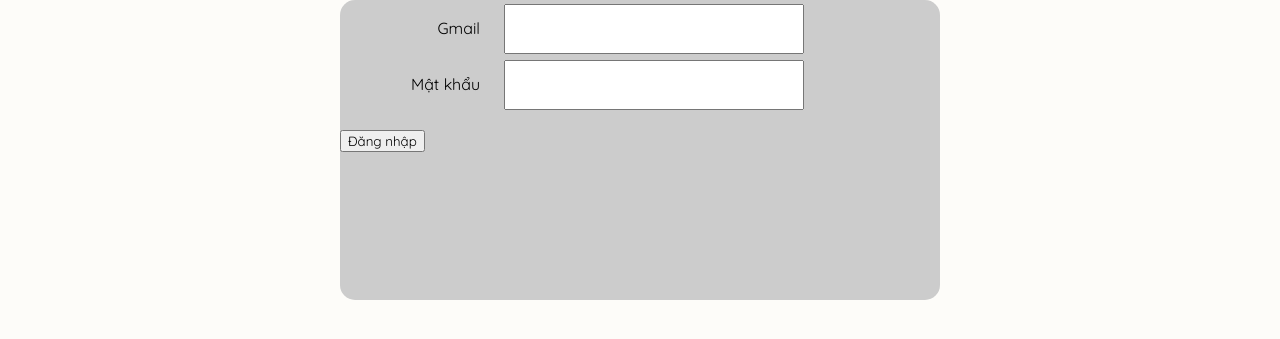
Repository: nganha241/store
Page: register.html
These files come from the project's save history. The page is drawn as it stood at one moment and after the next save; the edit follows.
The browser window is 1280 px wide. The pictures show the whole page.

Above is the page before, as saved 2022-04-23 08:28:51.

### register.html
<!DOCTYPE html>
<html lang="en">
  <head>
    <meta charset="UTF-8" />
    <meta http-equiv="X-UA-Compatible" content="IE=edge" />
    <meta name="viewport" content="width=device-width, initial-scale=1.0" />
    <title>Document</title>
    <link rel="stylesheet" href="style.css" />
  </head>
  <body>
    <div class="container">
      <div class="register">
        <form>
          <div>
            <label>Gmail</label>
            <input type="text" />
          </div>
          <div>
            <label>Mật khẩu</label>
            <input type="text" />
          </div>
          <button type="submit">Đăng nhập</button>
        </form>
      </div>
    </div>
  </body>
</html>

### style.css
@import url('https://fonts.googleapis.com/css2?family=Quicksand:wght@300;400;500;600;700&family=Space+Grotesk:wght@300;400&display=swap');

* {
    font-family: 'Quicksand', sans-serif;
    box-sizing: border-box;
}

body {
    background: #fdfcf9;
    position: relative;
    height: auto;
    padding: 0;
    margin: 0;
}

a {
    text-decoration: none;
}

li {
    list-style: none;
}

.header {
    padding: 40px 80px;
}

.header .tools {
    display: flex;
    justify-content: flex-end;
    gap: 15px;
    height: 50px;
}

.header .tools .notification,
.header .tools .account,
.header .tools .cart {
    cursor: pointer;
}

.header .tools .fa-solid {
    font-size: 22px;
    color: #ae582d;
}

.header .tools .cart {
    position: relative;
}

.header .tools .cart .cart-info {
    position: absolute;
    background: #af7355;
    right: -20px;
    top: 30px;
    z-index: 1;
    padding: 20px;
    color: #fff;
    display: none;
    border-radius: 15px;
    animation: dropdown 0.4s ease;
}

.header .tools .cart:hover .cart-info {
    display: block;
}

.header .tools .cart .cart-info .cart-card {
    width: 400px;
    height: 50px;
    margin-top: 10px;
    display: flex;
    justify-content: space-between;
    transition: 0.4s;
}

.header .tools .cart .cart-info .cart-card:hover {
    background:rgba(255, 255, 255, 0.4);
    transition: 0.4s;
}

.header .tools .cart .cart-info .cart-card .cart-card-img img {
    width: 100%;
    height: 100%;
    object-fit: cover;
}

.header .tools .cart .cart-info .cart-card .cart-pro-name {
    text-overflow: ellipsis;
    white-space: nowrap;
    overflow: hidden;
   width: 250px;
}

.header .tools .cart .cart-info .cart-card-footer {
    display: flex;
    justify-content: space-between;
    margin-top: 10px;
}

.header .tools .cart .cart-info .cart-card-footer>p {
    cursor: auto;
}

.header .tools .cart .cart-info .cart-card-footer>button {
    margin-top: 5px;
    height: 35px;
    border-radius: 5px;
    border: 0;
    font-size: 16px;
    font-weight: 500;
    cursor: pointer;
    transition: 0.4s;
}

.header .tools .cart .cart-info .cart-card-footer>button:hover {
    background: rgba(255, 255, 255, 0.7);
}

.header .tools .account span .fa-solid{
    font-size: 18px;
    color: #111;
    margin-left: 10px;
    margin-right: 15px;
}

.header .tools .account:hover .fa-solid{
    color: #ae582d;
}

.header .tools .account {
    position: relative;
}

.header .tools .account span {
    font-weight: 600;
}

.header .tools .account .acc-info {
    width: 180px;
    position: absolute;
    height: auto;
    background: #af7355;
    text-align: left;
    top: 15px;
    left: -30px;
    display: none;
    animation: dropdown 0.4s ease;
    z-index: 1;
    border-radius: 15px;
}

.header .tools .account:hover .acc-info{
    display: block;
}

.header .tools .account .acc-info li {
    padding: 10px 0;
    color: #fff;
    margin-left: -13px;
    transition: .4s;
}

.header .tools .account .acc-info li:hover {
    transform: scale(1.1);
}

.header hr {
    background: #48503c;
    margin-top: -20px;
}

.header nav {
    display: flex;
    width: 100%;
}

.header nav .logo {
    width: 50%;
    padding-top: 20px;
}

.header nav .logo a{
    font-family: 'Space Grotesk', sans-serif;
    font-size: 30px;
    color: #48503c;
    font-weight: 100;

}

.header nav .logo a:hover {
    color: #111;
}

.header nav .menu {
    display: flex;
    gap: 15px;
    padding-top: 7px;
    justify-content: flex-end;
    width: 50%;
}

.header nav .menu>li {
    float: left;
    font-size: 18px;
    position: relative;
    height: 50px;
}

.header nav .menu>li::before {
    content: "";
    position: absolute;
    width: 90%;
    height: 3px;
    top: 30px;
    right: -3px;
    background-color: #551e02;
    opacity: 0;
    transition: 0.6s;
}

.header nav .menu>li:hover::before{
    opacity: 1;
    transition: 0.6s;
}

.header nav .menu>li>a {
    color: #48503c;
    display: block;
    padding: 6px 0px 0px 15px;
}

.header nav .menu>li:hover>a {
    color: #111;
}

.header nav .menu>li .menu-child {
    margin-top: 10px;
    margin-left: -50px;
    width: 180px;
    padding-top: 10px;
    padding-bottom: 15px;
    background: #af7355;
    border-radius: 15px;
    text-align: left;
    position: absolute;
    display: none;
    animation: dropdown .3s ease;
    z-index: 1;
}

.header nav .menu>li:hover .menu-child{
    display: block;
}

.header nav .menu>li .menu-child>li {
    margin-top: 10px;
}

.header nav .menu>li .menu-child>li>a {
    transition: 0.4s;
    color: #fff;
}

.header nav .menu>li .menu-child>li:hover>a{
    display: inline;
    text-decoration: underline;
    transition: 0.4s;
}

@keyframes dropdown {
    0% {
        opacity: 0;
        transform: translateY(18px);
    }
    100% {
        opacity: 1;
        transform: none;
    }
}

.header .banner {
    width: 100%;
    height: 600px;
    display: flex;
    align-items: center;
    margin-top: 30px;
    position: relative;
}

.header .banner .slogan {
    width: 50%;
    padding-left: 60px;
    padding-right: 20px;
}

.header .banner .slogan h4 {
    color: #ae582d;
    font-family: 'Space Grotesk', sans-serif;
    font-size: 60px;
    font-weight: 200;
}

.header .banner .slogan p {
    font-size: 20px;
    color: #515a54;
    margin-top: -50px;
}

.header .banner .img-banner{
    width: 50%;
    height: 100%;
}

.header .banner .img-banner img {
    width: 100%;
    height: 100%;
    object-fit: cover;
    border-top-left-radius: 100px;
    border-bottom-right-radius: 100px;
    transition: all 0.5s ease;
}

.section {
    height: auto;
    margin-top: 100px;
    padding: 0 80px;
}

.section .into-title {
    margin-top: 100px;
    text-align: center;
}

.section .into-title h1 {
    font-family: 'Space Grotesk', sans-serif;
    font-size: 50px;
}

.section .intro {
    display: flex;
    flex-wrap: wrap;
    justify-content: space-between;
    margin-bottom: 100px;
    margin-top: 80px;
    gap: 10px;
}

.section .intro .intro-card .intro-img {
    width: 200px;
    height: 200px;
}

.section .intro .intro-card .intro-img img {
    width: 100%;
    height: 100%;
    border-radius: 50%;
}

.section .title{
    height: auto;
    width: 200px;
    background: #f4e9c7;
    text-align: center;
    margin-bottom: -15px;
}

.section .title h2 a{
    font-size: 30px;
    color: #48503c;
    font-weight: 200;
}

.products {
    display: flex;
    flex-wrap: wrap;
    justify-content: space-between;
    row-gap: 30px;
    padding: 30px 10px;
    background: rgb(244, 239, 239);
}

.products .card {
    width: 250px;
    height: 400px;
    background: #fdfcf9;
    cursor: pointer;
    transition: 0.4s;
    position: relative;
}

.products .card:hover {
    transform: scale(1.1 , 1.1);
    background: rgba(255, 255, 255, 0.4);
}

.products .card .pro-img {
    height: 330px;
}

.products .card .pro-img img{
    width: 100%;
    height: 100%;
    object-fit: cover;
}

.products .card .pro-sale-tag {
    position: absolute;
    top: -10px;
    left: -5px;
    background: #ae582d;
    width: 70px;
    height: 35px;
    font-size: 25px;
    color: #fff;
    font-weight: 500;
}

.products .card .pro-sale-tag::before{
    content: "";
    width: 5px;
    height: 6px;
    background-color: #551e02;
    position: absolute;
    left: 0px;
    top: 34.5px;
    clip-path: polygon(0 0, 100% 0, 100% 100%);
}

.products .card .pro-new-tag {
    position: absolute;
    top: 0;
    right: 5px;
    background: #af7355;
    width: 50px;
    height: 40px;
    font-size: 20px;
    color: #fff;
    font-weight: 500;
    clip-path: polygon(0 75%, 0 0, 100% 0, 100% 75%, 50% 100%);
}

.products .card .pro-name {
    font-size: 18px;
    text-overflow: ellipsis;
    white-space: nowrap;
    overflow: hidden;
}

 .products .card .pro-price {
    font-size: 15px;
}

 .products .card .add-cart {
    margin-top: -220px;
}

.products .card .add-cart button{
    opacity: 0;
    height: 40px;
    background: #af7355;
    border: 0;
    cursor: pointer;
    transition: 0.4s;
    color: #fff;
    margin-left: 85px;
}

.products .card:hover .add-cart button {
    transition: 0.4s;
    opacity: 1;
}

.products .card .add-cart button:hover {
    transform: scale(1.1);
    background: #ae582d;
}

.about-us {
    margin-top: 100px;
}

.about-img {
    height: 400px;
}

.about-img img{
    width: 100%;
    height: 100%;
    object-fit: cover;
}

.about-us .about-text {
    padding: 40px 140px;
    text-align: center;
    color: #515a54;
}

.about-us .about-text h5 {
    font-size: 20px;
    font-weight: 500;
}

.about-us .about-text p {
    line-height: 1.6;
    font-size: 15px;
}

.section .featured {
    height: auto;
    margin-top: 100px;
    position: relative;
}

.section .featured .list-slider {
    background: rgb(244, 239, 239);
}

.section .featured .list-slider .slide {
    display: none;
}

.section .featured .list-slider .slide.show {
    display: block;
    transition: 0.4s;
}

.section .featured .list-slider .slide .fade {
    height: 400px;
    display: flex;
    /* gap: 30px; */
    justify-content: space-between;

}

.section .featured .list-slider .slide .fade .featured-img {
    width: 60%;
}

.section .featured .list-slider .slide .fade .featured-img img{
    height: 100%;
    width: 100%;
    object-fit: cover;
    transition: 0.5s;
}

.section .featured .list-slider .slide:hover .fade .featured-img img{
    transform: translate(0, -42px);
}

.section .featured .list-slider .slide .fade .featured-more {
    text-align: center;
    padding-top: 150px;
    line-height: 1.8;
}

.section .featured .list-slider .slide .fade .featured-more .featured-name {
    font-size: 25px;
    text-overflow: ellipsis;
    white-space: nowrap;
    overflow: hidden;
    width:250px;
    transition: 0.4s;
}

.section .featured .list-slider .slide .fade .featured-more .featured-price {
    font-size: 18px;

}

.section .featured .list-slider .slide .fade .featured-more .featured-sold {
    font-size: 18px;
}

.section .featured .list-slider .slide .fade .featured-more .featured-sold span {
    margin-left: 10px;
}

.section .featured .list-slider .slide .fade .featured-choose {
    height: 400px;
    width: 60px;
    background: #ae582d;
    opacity: 0;
    transition: 0.4s;
    writing-mode: vertical-rl;
    text-orientation: mixed;
    text-align: center;
    font-size: 30px;
    color: #fff;
    cursor: pointer;
    padding-right: 10px;
}

.section .featured .list-slider .slide .fade:hover .featured-choose {
    opacity: 1;
    transition: 0.6s;
}

.section .featured .list-slider .slide .fade .featured-choose .fas {
    transition: 0.6s;
}

.section .featured .list-slider .slide .fade .featured-choose:hover .fas {
    margin-top: 20px;
    transform: scale(1.5 , 1.5);
    transition: 0.4s;
}

.section .featured .featured-button {
    position: absolute;
    top: 50%;
    font-size: 60px;
    color: #515a54;
    cursor: pointer;
    transition: 0.4s;
}

.section .featured .featured-button.pre {
    left: -40px;
    transition: 0.4s;
}

.section .featured .featured-button.next {
    right: -40px;
    transition: 0.4s;
}

.section .featured .featured-button.pre:hover,
.section .featured .featured-button.next:hover {
    color: #ae582d;
    transform: scale(1.2);

}

.section .sale {
    margin-top: 100px;
}

.section .sale-banner {
    display: flex;
    justify-content: space-between;
    height: 350px;
    gap: 10px;
}

.section .sale .sale-banner .sale-img {
    width: 50%;
}

.section .sale .sale-banner .sale-img img{
    width: 100%;
    height: 100%;
    object-fit: cover;
}

.detail .related-products,
.section .sale .sale-products {
    position: relative;
    transition: 0.4s;
}

.detail .related-products .related-control,
.section .sale .sale-products .sale-control {
    position: absolute;
    top: 50%;
    transform: translateY(-20px);
    font-size: 40px;
    color: #ae582d;
    cursor: pointer;
}


.detail .related-products .related-control.related-pre,
.section .sale .sale-products .sale-control.sale-pre {
    left: 16px;
    z-index: 1;
}


.detail .related-products .related-control.related-next,
.section .sale .sale-products .sale-control.sale-next {
    right: 10px;
}


.detail .related-products .related-card,
.section .sale .sale-products .sale-card{
    display: flex;
    justify-content: space-between;
    align-items: center;
    gap: 10px;
    height: 400px;
    overflow: hidden;
    padding-left: 10px;
}

.detail .related-products .related-card .related-box,
.section .sale .sale-products .sale-card .sale-box{
    width: 210px;
    height: 280px;
    position: relative;
    transition: 0.4s;
    cursor: pointer;
}

.detail .related-products .related-card .related-box .tag-sale,
.section .sale .sale-products .sale-card .sale-box .tag-sale {
    background: #ae582d;
    position: absolute;
    top: -10px;
    width: 60px;
    height: 30px;
    left: -5px;
    text-align: center;
}

.detail .related-products .related-card .related-box .tag-sale p,
.section .sale .sale-products .sale-card .sale-box .tag-sale p {
    display: inline;
    font-size: 20px;
    color: #fff;
    font-weight: 600;
}

.detail .related-products .related-card .related-box .tag-sale::before,
.section .sale .sale-products .sale-card .sale-box .tag-sale::before {
    content: '';
    background-color: #551e02;
    display: inline-block;
    width: 5px;
    height: 5px;
    position: absolute;
    bottom: -5px;
    right: 55px;
    clip-path: polygon(0 0, 100% 0, 100% 100%);
}

.detail .related-products .related-card .related-box img,
.section .sale .sale-products .sale-card .sale-box img {
    width: 100%;
    height: 100%;
    object-fit: cover;
}

.detail .related-products .related-card .related-box:hover,
.section .sale .sale-products .sale-card .sale-box:hover {
    transform: scale(0.9);
    color: #111;
}

.detail .related-products .related-card .related-box .related-name,
.section .sale .sale-products .sale-card .sale-box .sale-name {
    text-overflow: ellipsis;
    white-space: nowrap;
    overflow: hidden;
}

.detail .related-products .related-card .related-box .related-name a,
.section .sale .sale-products .sale-card .sale-box .sale-name a{
    color: #48503c;
    font-weight: 500;
}

.detail .related-products .related-card .related-box .related-price,
.section .sale .sale-products .sale-card .sale-box .sale-price {
    font-size: 14px;
    color: #48503c;
}

.footer {
    width: auto;
    font-weight: 500;
    background: rgb(244, 239, 239);
    margin-top: 100px;
    display: flex;
    justify-content: space-around;
    align-items: center;
}

.footer .infomation>ul>li {
    margin-bottom: 10px;
}

.footer .infomation>ul>li>span {
    margin-left: 10px;
}

.footer .menu-footer>ul>li {
    margin-bottom: 5px;
    transition: 0.4s;
}

.footer .menu-footer>ul>li>a {
    color: #111;
}

.footer .menu-footer>ul>li:hover {
    transform: scale(1.1);
    transition: 0.4s;
}

.footer .coppyright {
    padding-top: -200px;
}

.footer .support>input{
    border: 2px solid #551e02;
    height: 30px;
}

.footer .support>button {
    border: 0;
    background: #ae582d;
    height: 30px;
    color: #fff;
    cursor: pointer;
    transition: .4s;
}

.footer .support>button:hover {
    transform: scale(1.1);
}


/* SHOP */
.container {
    padding: 0 80px;
}
.container .search {
    text-align: center;
    height: 40px;
    font-size: 18px;
    margin-top: -30px;
}

.container .search>input {
    width: 800px;
    height: 100%;
    border: 2px solid #551e02;
    padding: 0 10px;
}

.container .search>input:focus {
    outline: none;
}

.container .search>button {
    height: 100%;
    width: 60px;
    margin-left: -6px;
    background: #551e02;
    border: 0;
}

.container .search>button .fa {
    color: #fff;
}

.container .shop-content {
    margin-top: 50px;
    display: flex;
    width: 100%;
}

.container .shop-content .filter {
    width: 65%;
}

.container .shop-content .filter h5{
    font-size: 17px;
}

.container .shop-content .filter ul {
    margin-left: -30px;
    margin-top: -10px;
}

.container .shop-content .filter ul li {
    margin-top: 10px;
}

.container .shop-content .shop-products .products {
    background: #fdfcf9;
}

.container .shop-content .shop-products .products .card {
    height: 280px;
    width: 200px;
    background: rgb(243, 241, 241);
}

.container .shop-content .shop-products .products .card .pro-img {
    height: 230px;
}

.container .detail .detail-product {
    display: flex;
}

.container .detail .detail-product .detail-img {
    width: 400px;
}

.container .detail .detail-product .detail-img .img-main{
    height: 500px;
    position: relative;
}

.container .detail .detail-product .detail-img .img-main img {
    width: 100%;
    height: 100%;
    object-fit: cover;
}

.container .detail .detail-product .detail-img .img-child {
    margin-top: 10px;
    height: 80px;
    display: flex;
    gap: 10px;
    cursor: pointer;
    overflow: hidden;
}

.container .detail .detail-product .detail-img .img-child  img {
    width: calc(400px / 5);
    height: 100%;
    object-fit: cover;
}

.container .detail .detail-product .detail-img .detail-img-slide {
    position: relative;
}

.container .detail .detail-product .detail-img .detail-img-slide .detail-control {
    position: absolute;
    top: 40%;
    font-size: 20px;
    color: #ae582d;
    transition: 0.2s;
}

.container .detail .detail-product .detail-img .detail-img-slide .detail-control:hover {
    transform: scale(1.1);
}

.container .detail .detail-product .detail-img .detail-img-slide .detail-control.detail-next {
    right: 0;
}

.container .detail .detail-product .detail-info {
    margin-left: 50px;
    font-weight: 500;
}

.container .detail .detail-product .detail-info>ul>li {
    margin-bottom: 20px;
}

 .detail .detail-product .detail-info .detail-name {
    font-size: 40px;
}


.detail .detail-info .detail-price {
    font-size: 45px;
    color: #551e02;
}

.detail .detail-info .detail-color button,
.detail .detail-info .detail-size button{
    height: 30px;
    background: none;
    border: 1px solid #ccc;
    cursor: pointer;
    line-height: 1.4;
}

.detail .detail-info .detail-color button.active,
.detail .detail-info .detail-size button.active {
    border:  1px solid #ae582d;
    background: #f4e9c7;
}

.detail .detail-info .detail-color button:hover,
.detail .detail-info .detail-size button:hover {
    border: 1px solid #ae582d;
}

.detail .detail-info .detail-color button:nth-child(1),
.detail .detail-info .detail-size button:nth-child(1) {
    margin-left: 20px;
}

 .detail .detail-product .detail-info .detail-quantity {
    display: flex;
    align-items: center;
}

.detail .detail-product .detail-info .detail-quantity .quantity-pre {
    margin-left: 20px;
}

 .detail .detail-product .detail-info .detail-quantity .quantity-pre,
.detail .detail-product .detail-info .detail-quantity .quantity,
 .detail .detail-product .detail-info .detail-quantity .quantity-next {
    width: 30px;
    height: 30px;
    border: 1px solid #ccc;
    text-align: center;
    cursor: pointer;
}

 .detail .detail-product .detail-info .detail-quantity .quantity {
    width: 50px;
    cursor: default;
}

.detail .detail-product .detail-info .ship .fas,
.detail .detail-product .detail-info .return .fas {
    color: #551e02;
    margin-right: 5px;
}

.detail .detail-product .detail-info .detail-choose button{
    height: 40px;
    font-size: 18px;
    cursor: pointer;
}

.detail .detail-product .detail-info .detail-choose .detail-add {
    border: 1px solid #ae582d;
    background: #f4e9c7;
    color: #ae582d;
}

.detail .detail-product .detail-info .detail-choose .detail-add:hover {
    background: rgba(244, 218, 207, 0.8);
}

.detail .detail-product .detail-info .detail-choose .buy {
    background: rgba(161, 58, 7, 0.9);
    border: none;
    margin-left: 10px;
    color: #fff;
}

.detail .detail-product .detail-info .detail-choose .buy:hover {
    background: #ae582d;
}

.detail .detail-description {
    margin-top: 100px;
    margin-bottom: 50px;
    line-height: 1.8;
}

.detail h2 {
    margin-bottom: -30px;
}

.detail .pro-new-tag{
    position: absolute;
    top: 0;
    right: 5px;
    background: #af7355;
    width: 50px;
    height: 40px;
    font-size: 20px;
    color: #fff;
    font-weight: 500;
    clip-path: polygon(0 75%, 0 0, 100% 0, 100% 75%, 50% 100%);
}

.container .profile {
    display: flex;
    justify-content: space-around;
    font-weight: 500;
}

.container .profile .active {
    width: 20%;
    background: rgba(231, 195, 178, 0.9);
    border-radius: 15px;
    height: 220px;
}

.container .profile .active .list {
    padding: 50px;
}

.container .profile .active .list i {
    margin-right: 5px;
}
.container .profile .active ul>li>i {
    margin-right: 10px;
}

.container .profile .active a {
    color: #111;
}

.container .profile .active li:hover {
    color: #551e02;
}

.container .profile .active .list .name,
.container .profile .active .list .order {
    cursor: pointer;
    margin-bottom: 10px;
}

.container .profile .my-profile {
    width: 60%;
    /* height: 400px; */
    background: rgba(231, 195, 178, 0.9);
    border-radius: 15px;
    position: relative;
}

.container .profile .my-profile .list-detail {
    padding: 40px;
}

.container .register form,
.container .profile .my-profile .list-detail .name  form{
    line-height: 3.5;
}

.container .register label,
.container .profile .my-profile .list-detail .name label{
    display: inline-block;
    width: 140px;
    text-align: right;
    margin-right: 20px;
}

.container .profile .my-profile .list-detail .name input {
    width: 350px;
    height: 40px;
    border: 2px solid #551e02;
    font-size: 17px;
    padding: 0 10px;
}

.container .register input:focus,
.container .profile .my-profile .list-detail .name input:focus{
    outline: none;
}

.container .profile .my-profile .list-detail .name  form button {
    margin-left: 90px;
    height: 35px;
    width: 50px;
    font-size: 17px;
    background:  #551e02;
    border: none;
    color: #fff;
    cursor: pointer;
}

.container .profile .my-profile .list-detail .order .order-box{
    display: flex;
    gap: 25px;
    position: relative;
    margin-bottom: 20px;
}

.container .profile .my-profile .list-detail .order .order-box .img {
    width: 100px;
    height: 100px;
}

.container .profile .my-profile .list-detail .order .order-box img {
    width: 100%;
    height: 100%;
    object-fit: cover;
}

.container .profile .my-profile .list-detail .order .order-box .div {
    line-height: 1.8;
    width: 80%;
}

.container .profile .my-profile .list-detail .order .order-box .div::after {
    content: "";
    width: 100%;
    height: 2px;
    background: #48503c;
    position: absolute;
    bottom: -10px;
    /* margin-top: 20px; */
    left: 0;
}

.container .profile .my-profile .list-detail .order .order-box .pro-name {
    font-size: 20px;
}

.container .profile .my-profile .list-detail .order .order-box .total {
    text-align: right;
    margin-top: -28px;
}

.container .profile .my-profile .list-detail .order .order-box .status {
    color: red;
}

.show {
    display: block;
}

.hide {
    display: none;
}

.container .register {
    width: 600px;
    height: 300px;
    border-radius: 15px;
    background: #ccc;
    margin: 0 auto;
}

.container .register input {
    width: 300px;
    height: 50px;
}

After the next save:
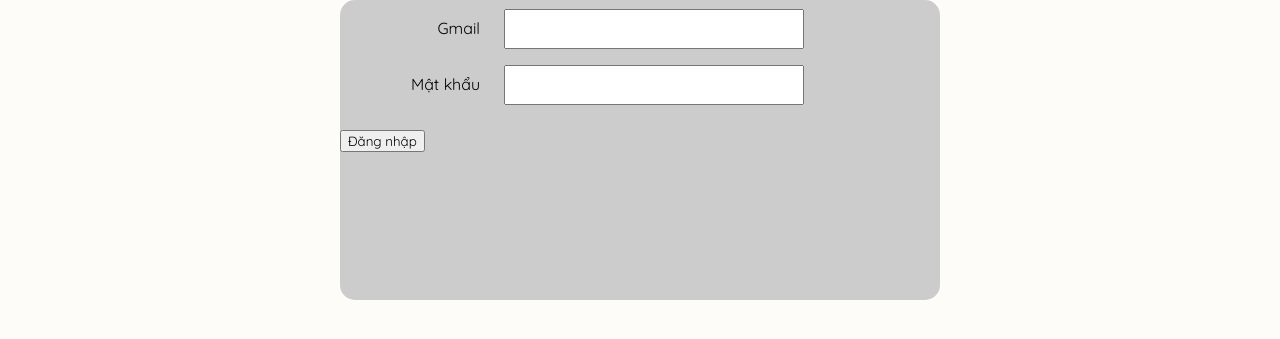
Saved 4 s later.
--- a/style.css
+++ b/style.css
@@ -1222,5 +1222,5 @@ li {
 
 .container .register input {
     width: 300px;
-    height: 50px;
-}
+    height: 40px;
+}
